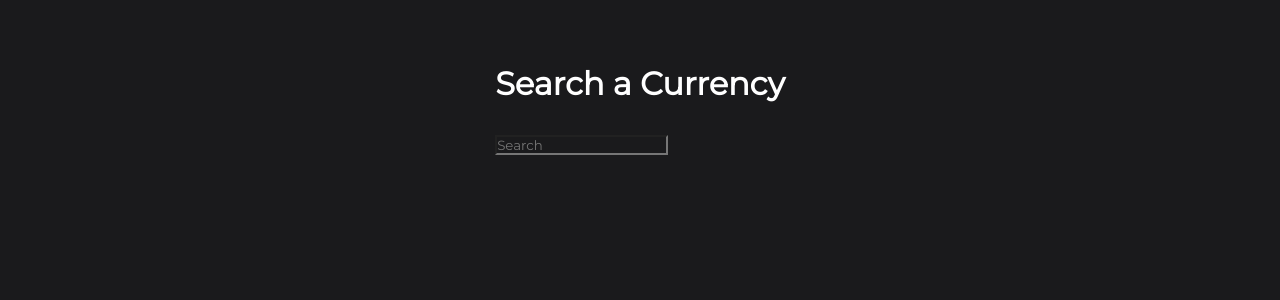
Repository: KamalEssam/react-api-crypto-tracker
Page: /
The author's editor kept a copy of each file at every save. The page is drawn from the files as they stood at one save, then again after a run of saves.
The browser window is 1280 px wide. The pictures show the whole page.
The page's requests for data from a server got no answer. The project was rebuilt for these pictures with package versions that can differ from the ones it lists, and the page was loaded fresh each time. No one was signed in, and anything a server would have sent is missing. Also part of the build but not shown: src/Coin.css, src/Coin.js.

Above is the page before, as saved 2021-12-17 02:33:25.

After the next 3 saves:
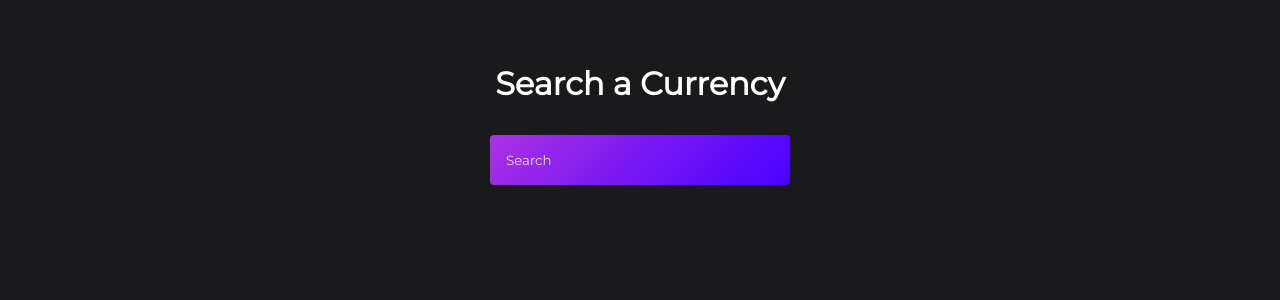
The 3 saves are shown as one change because they came seconds apart.
The last was saved 48 s later.
--- a/src/App.js
+++ b/src/App.js
@@ -28,7 +28,7 @@ const filteredCoins=coins.filter(coin =>
       <div className="coin-search">
         <h1 className="coin-text">Search a Currency</h1>
         <form>
-          <input type="text" placeholder="Search" className="coin-search"
+          <input type="text" placeholder="Search" className="coin-input"
             onChange={handleChange} />
         </form>
       </div>
